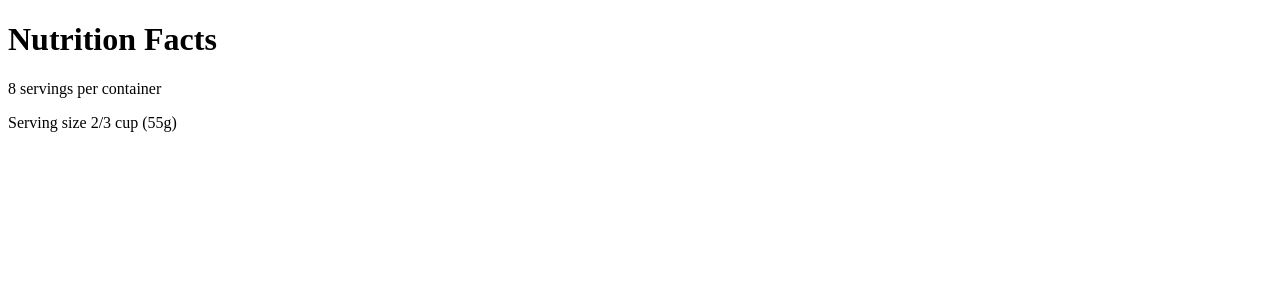
Repository: cipdanila/freeCodeCamp
Page: NutritionLabel/index.html
The author's editor kept a copy of each file at every save. The page is drawn from the files as they stood at one save, then again after the next save.
The browser window is 1280 px wide. The pictures show the whole page.

Above is the page before, as saved 2023-10-09 19:16:35.

### NutritionLabel/index.html
<!DOCTYPE html>
<html lang="en">
<head>
    <meta charset="UTF-8">
    <meta name="viewport" content="width=device-width, initial-scale=1.0">
    <title>Nutrition Label</title>
    <link rel="stylesheet" href="https://fonts.googleapis.com/css?family=Open+Sans:400,700,800">
    <link rel="stylesheet" href="styles.css">
</head>
<body>
    <h1>Nutrition Facts</h1>
    <p>8 servings per container</p>
    <p>Serving size 2/3 cup (55g)</p>
</body>
</html>

### NutritionLabel/styles.css
body {
    font-family: ;
}

After the next save:
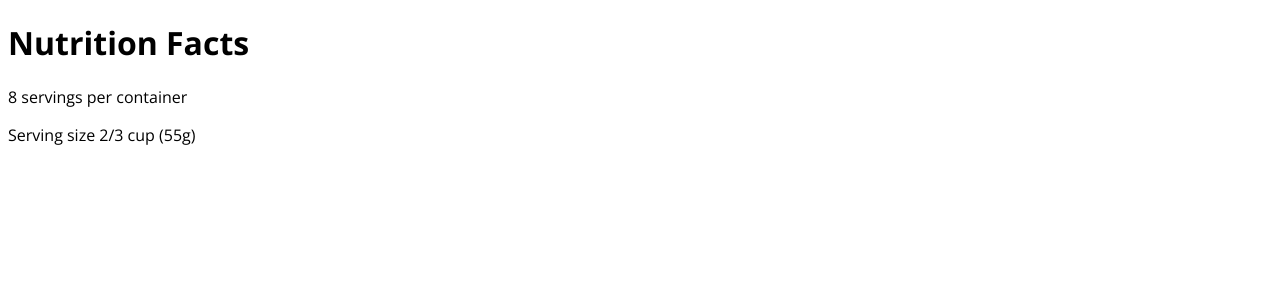
Saved 8 s later.
--- a/NutritionLabel/styles.css
+++ b/NutritionLabel/styles.css
@@ -1,3 +1,3 @@
 body {
-    font-family: ;
+    font-family: Open Sans;
 }
